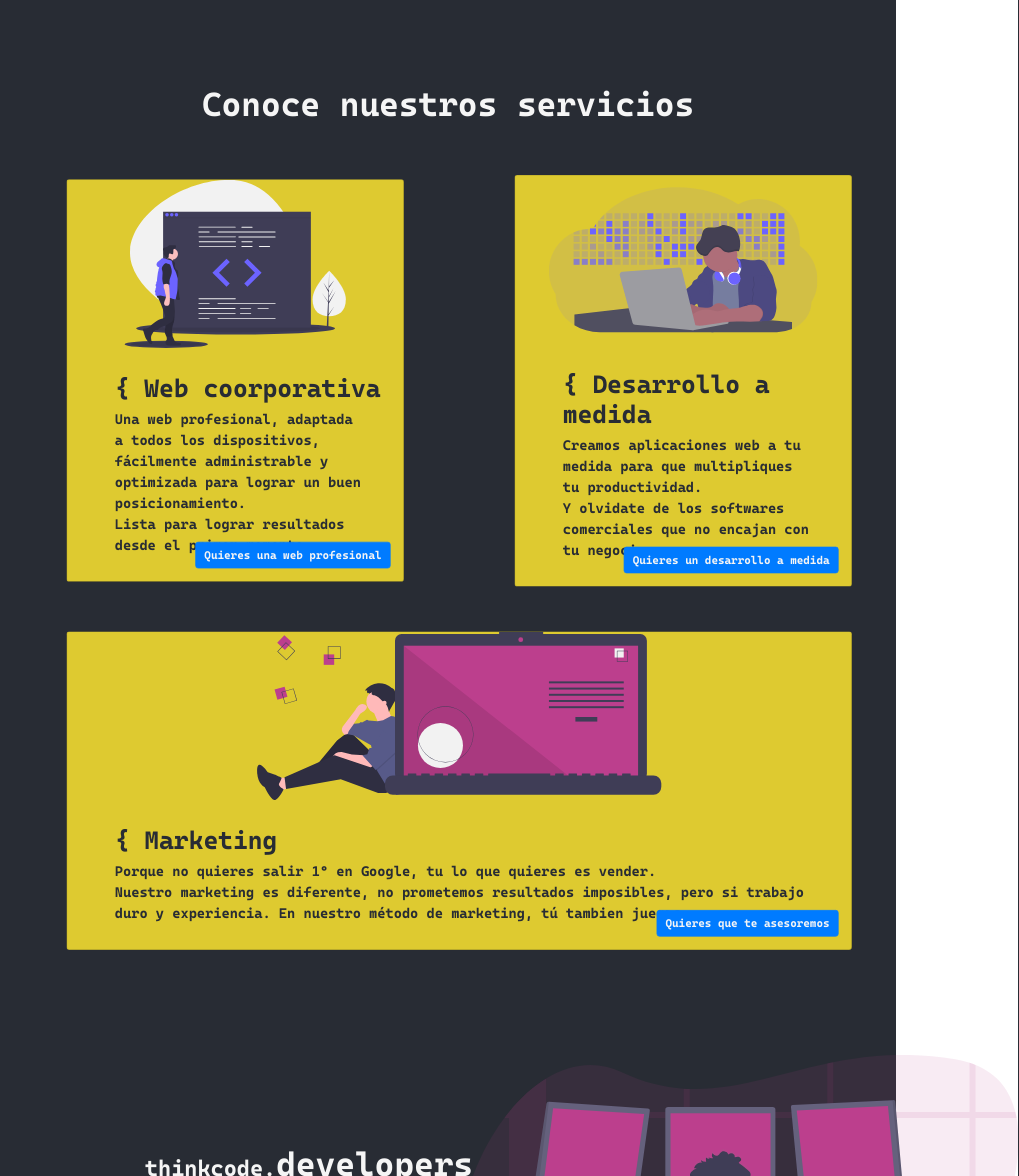
Repository: banchiec/thinkcode
Page: /
The author's editor kept a copy of each file at every save. The page is drawn from the files as they stood at one save, then again after the next save.
The browser window is 1280 px wide. The page is 1455 px wide, so the pictures cover 1455 px, including what lies to the right of the window. The pictures show the part of the page from y = 710 to 2390 px (the page is 2817 px tall before and 3214 px after), at 70% of full size.
Some web libraries are served in a nearby version. The project was rebuilt for these pictures with package versions that can differ from the ones it lists, and the page was loaded fresh each time. Also part of the build but not shown: src/components/MenuItems.js, src/components/Dropdownthink.css, src/components/Dropdownthink.js, src/components/pages/Consulting.js, src/components/pages/ContactUs.js, src/components/pages/Marketing.js, src/components/pages/Products.js, src/components/pages/Services.js and 1 more.

Above is the page before, as saved 2020-11-27 01:08:28.

### public/index.html
<!DOCTYPE html>
<html lang="en">
  <head>
    <meta charset="utf-8" />
    <link rel="icon" href="%PUBLIC_URL%/favicon.ico" />
    <meta name="viewport" content="width=device-width, initial-scale=1" />
    <meta name="theme-color" content="#000000" />
    <meta
      name="description"
      content="Web site created using create-react-app"
    />
    <link rel="apple-touch-icon" href="%PUBLIC_URL%/logo192.png" />
    <script src="https://kit.fontawesome.com/e7a02c1b14.js" crossorigin="anonymous"></script>
    <!--
      manifest.json provides metadata used when your web app is installed on a
      user's mobile device or desktop. See https://developers.google.com/web/fundamentals/web-app-manifest/
    -->
    <link rel="manifest" href="%PUBLIC_URL%/manifest.json" />
    <!--
      Notice the use of %PUBLIC_URL% in the tags above.
      It will be replaced with the URL of the `public` folder during the build.
      Only files inside the `public` folder can be referenced from the HTML.

      Unlike "/favicon.ico" or "favicon.ico", "%PUBLIC_URL%/favicon.ico" will
      work correctly both with client-side routing and a non-root public URL.
      Learn how to configure a non-root public URL by running `npm run build`.
    -->
    <title>React App</title>
  </head>
  <body>
    <noscript>You need to enable JavaScript to run this app.</noscript>
    <div id="root"></div>
    <!--
      This HTML file is a template.
      If you open it directly in the browser, you will see an empty page.

      You can add webfonts, meta tags, or analytics to this file.
      The build step will place the bundled scripts into the <body> tag.

      To begin the development, run `npm start` or `yarn start`.
      To create a production bundle, use `npm run build` or `yarn build`.
    -->


  </body>
</html>

### src/index.css
body {
  margin: 0;
  font-family: -apple-system, BlinkMacSystemFont, 'Segoe UI', 'Roboto', 'Oxygen',
    'Ubuntu', 'Cantarell', 'Fira Sans', 'Droid Sans', 'Helvetica Neue',
    sans-serif;
  -webkit-font-smoothing: antialiased;
  -moz-osx-font-smoothing: grayscale;
}

code {
  font-family: source-code-pro, Menlo, Monaco, Consolas, 'Courier New',
    monospace;
}
@font-face{
  font-family: 'CascadiaCode-Bold';
  src: local('CascadiaCode-Bold'), url(./fonts/CascadiaCode-Bold.ttf)
}

### src/App.js
import './App.css';
// import logo_thinkcode from './logo_thinkcode.png'
import React, {} from 'react'
import Navbarthink from './components/Navbarthink'
import {BrowserRouter as Router, Switch, Route} from 'react-router-dom'

// import Button  from 'react-bootstrap/Button'
// import 'bootstrap/dist/css/bootstrap.min.css'

// import {Navbar,Button, Nav , NavLink} from 'react-bootstrap'

import Consulting from './components/pages/Consulting'
import ContactUs from './components/pages/ContactUs'
import Home from './components/pages/Home'
import Marketing from './components/pages/Marketing'
import Products from './components/pages/Products'
import Services from './components/pages/Services'
import SignUp from './components/pages/SignUp'

function App() {

  // const [click, setClick] = useState(false)
  // const [dropdown, setDropdown] = useState(false)




  return (
    <div className="App">
      <Router>
        <Navbarthink/>
        <Switch>
          <Route path='/consulting' exact component ={Consulting}></Route>
          <Route path='/contact-us' exact component ={ContactUs}></Route>
          <Route path='/' exact component ={Home}></Route>
          <Route path='/marketing' exact component ={Marketing}></Route>
          <Route path='/products' exact component ={Products}></Route>
          <Route path='/services' exact component ={Services}></Route>
          <Route path='/sign-up' exact component ={SignUp}></Route>
        </Switch>
      </Router>

      {/* <Navbar className="navbar_thinkcode "  expand="lg">
        <Navbar.Brand href ="#home">
          <img
            alt=""
            src={logo_thinkcode}
            className="d-inline-block align-top ml-4"
            width="320"
            height="50"
          />
        </Navbar.Brand>
        <Navbar.Toggle aria-controls="responsive-navbar-nav" ></Navbar.Toggle>

        <Navbar.Collapse id="responsive-navbar-nav" className="ml-5 ">
          <Nav className="collapse navbar-collapse">
            <NavLink className="enlace_navbar ">Páginas web</NavLink>
            <NavLink className="enlace_navbar">Desarrollo a medida</NavLink>
            <NavLink className="enlace_navbar">Portafolio</NavLink>
            <NavLink className="enlace_navbar">Contacto</NavLink>
          </Nav>
        </Navbar.Collapse>
        <Button variant="success">¿Hablamos?</Button>
      </Navbar> */}

      {/* <header className="App-header">
        <h1>thinkcode</h1>
        <Button>send up</Button>
      </header> */}
    </div>
  );
}

export default App;

### src/App.css
*{
  box-sizing: border-box;
  margin: 0;
  padding: 0;
  font-family: CascadiaCode-Bold;
  /* background: #282c34 ; */
  /* background: linear-gradient(90deg, rgb(76, 80, 88) 100%, rgb(8, 8, 9) 0%); */
}

.App {
  text-align: center;
  background: #282c34 ;
}

.App-logo {
  height: 40vmin;
  pointer-events: none;
}

.home, .services, .products,.contact-us,.sign-up, .marketing, .consulting{
  display: flex;
  height: 90vh;
  align-items: center;
  justify-content: center;
  font-size: 3rem;
}





@media (prefers-reduced-motion: no-preference) {
  .App-logo {
    animation: App-logo-spin infinite 20s linear;
  }
}

.App-header {
  background-color: #282c34;
  min-height: 100vh;
  display: flex;
  flex-direction: column;
  align-items: center;
  justify-content: center;
  font-size: calc(10px + 2vmin);
  color: white;
}

.App-link {
  color: #61dafb;
}

@keyframes App-logo-spin {
  from {
    transform: rotate(0deg);
  }
  to {
    transform: rotate(360deg);
  }
}

### src/components/Navbarthink.js
import React, { useState} from 'react'
import logo_thinkcode from '../images/logo_thinkcode.png'
// import logo_thinkcode from '../images/logo_thinkcode.png'
import { Buttonthink} from './Buttonthink'
import {Link} from 'react-router-dom'
import './Navbarthink.css'
import Dropdownthink from './Dropdownthink'

export default function Navbarthink(){
    const [click, setClick] = useState(false)
    const [dropdown, setDropdown] = useState(false)

    const handleClick = () => setClick(!click)
    const closeMobileMenu = () => setClick(false)

    const onMouseEnter = () =>{
        if(window.innerWidth < 960) {
        setDropdown(false)
        } else {
        setDropdown(true)
        }
    }
    const onMouseLeave = () =>{
        if(window.innerWidth < 960) {
        setDropdown(false)
        } else {
        setDropdown(false)
        }
    }

    return(
        <>
            <nav className="navbarthink">
                <Link to='/' className="navbar-logo">
                    {/* thinkcode */}
                    <img alt="" src={logo_thinkcode} width="300" height="40"></img>
                </Link>
                <div className='menu-icon' onClick={handleClick}>
                    <i className={click ? 'fas fa-times' : 'fas fa-bars'}
                    />
                </div>
                <ul className={ click ? 'nav-menu active' : 'nav-menu'}>

                    <li className='nav-item'>
                        <Link to='/' className='nav-links' onClick={closeMobileMenu}>
                            Home
                        </Link>
                    </li>
                    <li className='nav-item'
                        onMouseEnter={onMouseEnter}
                        onMouseLeave={onMouseLeave}
                        // onClick={handleClick}
                        >
                        <Link to='/services' className='nav-links' onClick={closeMobileMenu}>
                           Services
                           <i className='fas fa-caret-down' />
                        </Link>
                        {dropdown && <Dropdownthink/>}
                    </li>
                    <li className='nav-item'>
                        <Link to='/products' className='nav-links' onClick={closeMobileMenu}>
                            Products
                        </Link>
                    </li>
                    <li className='nav-item'>
                        <Link to='/contact-us' className='nav-links' onClick={closeMobileMenu}>
                           Contact Us
                        </Link>
                    </li>
                    <li className='nav-item'>
                        <Link to='/sign-up' className='nav-links-mobile' onClick={closeMobileMenu}>
                           Sign up
                        </Link>
                    </li>

                </ul>
                <Buttonthink />
            </nav>
        </>
    )

}

### src/components/pages/Home.js
import React from 'react'
import InfoSection from '../infoSection/InfoSection'
import Pricing from '../pricing/Pricing'

export default function Home() {
    return (
        <div>
            <InfoSection></InfoSection>
            <Pricing></Pricing>
            <InfoSection></InfoSection>
           {/* <h1 className='consulting' >Thinkcode</h1> */}
        </div>
    )
}

### src/components/Buttonthink.js
import React  from 'react'
import './Buttonthink.css'
import {Link} from 'react-router-dom'

export function Buttonthink() {
        return (
            <Link to ='sing-up'>
               <button className='btnthink'>Sign think </button>
            </Link>
        )
}

### src/components/Navbarthink.css
.navbarthink{
  /* background: linear-gradient(9deg, rgb(66, 80, 88) 0%, rgb(8, 8, 9) 100%); */
  background: #282c34;

  height: 80px;
  display: flex;
  justify-content: center;
  align-items: center;
  font-size: 1.2rem;
}

.navbar-logo {
  color: #fff;
  justify-self: start;
  margin-left: 40px;
  cursor: pointer;
  text-decoration: none;
}

.fa-firstdraft {
  margin-left: 0.5rem;
  font-size: 1.6rem;
}

.nav-menu {
  display: grid;
  grid-template-columns: repeat(5, auto);
  grid-gap: 10px;
  list-style: none;
  text-align: center;
  width: 70vw;
  justify-content: end;
  margin-right: 2rem;
}

.nav-item {
  display: flex;
  align-items: center;
  height: 80px;
}

.nav-links {
  color: white;
  text-decoration: none;
  padding: 0.5rem 1rem;
}

.nav-links:hover {
  background-color: #1888ff;
  border-radius: 4px;
  transition: all 0.2s ease-out;
}

.fa-bars {
  color: #fff;
}

.nav-links-mobile {
  display: none;
}

.menu-icon {
  display: none;
}

@media screen and (max-width: 960px) {
  /* .text-propuesta {
    margin-top: 12rem;
  }
 */
  .fa-caret-down {
    display: none;
  }
  .NavbarItems {
    position: relative;
  }

  .nav-menu {
    display: flex;
    flex-direction: column;
    width: 100%;
    height: 90vh;
    position: absolute;
    top: 80px;
    left: -100%;
    opacity: 1;
    transition: all 0.9s ease;
  }

  .nav-menu.active {
    background: #2a2c30;
    left: 0;
    opacity: 1;
    transition: all 0.5s ease;
    z-index: 1;
  }

  .nav-links {
    text-align: center;
    padding: 2rem;
    width: 100%;
    display: table;
  }

  .nav-links:hover {
    background-color: #1888ff;
    border-radius: 0;
  }

  .navbar-logo {
    position: absolute;
    top: 0;
    left: 0;
    transform: translate(25%, 50%);
  }

  .menu-icon {
    display: block;
    position: absolute;
    top: 0;
    right: 0;
    transform: translate(-100%, 60%);
    font-size: 1.8rem;
    cursor: pointer;
  }

  .fa-times {
    color: #fff;
    font-size: 2rem;
  }

  .nav-links-mobile {
    display: block;
    text-align: center;
    padding: 1.5rem;
    margin: 2rem auto;
    border-radius: 4px;
    width: 80%;
    background: #1888ff;
    text-decoration: none;
    color: #fff;
    font-size: 1.5rem;
  }

  .nav-links-mobile:hover {
    background: #fff;
    color: #1888ff;
    transition: 250ms;
  }

  button {
    display: none;
  }
}

### src/components/infoSection/InfoSection.js
import React from 'react'
import imagensvg3 from '../../images/imagensvg3.svg'
import 'bootstrap/dist/css/bootstrap.min.css'
import './infoSection.css'
import {Col, Container,Row,} from 'react-bootstrap'

export default function InfoSection() {
    return (
            <Container fluid  className="content-infoSection">
                <Row>
                    <Col  md={6} lg={6} >
                        <div className="content-text-infoSection">
                            <h2 >thinkcode.<span className="text-title-infoSection">developers</span></h2>
                            <p className="text-infoSection">Diseño y desarrollo de aplicaciones y páginas web para tu negocio o proyecto.
                            Disfrutamos mucho con lo que hacemos, compruébalo.</p>
                        </div>
                    </Col>
                    <Col  md={6} lg={6}  >
                        <img  className="imagensvg-infoSection" alt="" src={imagensvg3}></img>
                    </Col>

                    </Row>

            </Container >
    )
}

### src/components/pricing/Pricing.js

import React from 'react'
import './Pricing.css'
import imagensvg1 from '../../images/imagensvg1.svg'
import imagensvg4 from '../../images/imagensvg4.svg'
import imagen_code_thinking from '../../images/image_code_thinking.svg'
import 'bootstrap/dist/css/bootstrap.min.css'
import {Card, Container, Button, Row, Col} from 'react-bootstrap'

export default function Pricing() {
    return (
        <Container fluid className ="container-pricing">
            <h1 className="text-propuesta">Conoce nuestros servicios</h1>
            <Row>
                <Col  className="container-card">

                    <Card  className="card-pricing" >
                        <Card.Img className="image-pricing" variant ="top" src={imagensvg1}></Card.Img>
                        <Card.Body>
                            <h2 className="title-card">&#123;  Web coorporativa</h2>
                            <p className="text-card">
                                Una web profesional, adaptada a todos los dispositivos, fácilmente administrable y optimizada para lograr un buen posicionamiento.
                                <br/>Lista para lograr resultados desde el primer momento.
                            </p>
                            <Button  className="card-button" variant="primary">Quieres una web profesional</Button>
                        </Card.Body>
                    </Card>
                </Col>
                <Col  className="container-card">

                    <Card className="card-pricing">
                        <Card.Img className="image-pricing"variant ="top" src={imagensvg4}></Card.Img>
                    <Card.Body>
                        <h2 className="title-card">&#123;  Desarrollo a medida</h2>
                        <p className="text-card">
                            Creamos aplicaciones web a tu medida para que multipliques tu productividad.<br/>
                            Y olvidate de los softwares comerciales que no encajan con tu negocio.
                        </p>
                        <Button className="card-button" variant="primary">Quieres un desarrollo a medida</Button>
                    </Card.Body>
                    </Card>
                </Col>
                <Col className="container-card">
                    <Card  className="card-pricing" >
                        <Card.Img className="image-pricing" variant ="top" src={imagen_code_thinking}></Card.Img>
                    <Card.Body>
                        <h2 className="title-card">&#123; Marketing</h2>
                        <p className="text-card">
                            Porque no quieres salir 1º en Google, tu lo que quieres es vender. <br/>

                            Nuestro marketing es diferente, no prometemos resultados imposibles, pero si
                            trabajo duro y experiencia. En nuestro método de marketing, tú tambien juegas.                        </p>
                        <Button  className="card-button" variant="primary">Quieres que te asesoremos</Button>
                    </Card.Body>
                    </Card>
                </Col>
            </Row>

        </Container>
    )
}

### src/components/Buttonthink.css
:root{
    --primary: #1888ff;
}
.btnthink{
    padding: 8px 20px;
    border-radius: 4px;
    outline: none;
    border: none;
    font-size: 18px;
    color: #fff;
    cursor: pointer;
    background-color: var(--primary);
}
.btnthink:hover {
    padding: 6px 18px;
    transition: all 1.5s ease-out;
    background-color: transparent;
    color: #2a2a2a;
    border-radius: 4px;
    border: 2px solid var(--primary)
}

### src/components/infoSection/infoSection.css
.imagensvg-infoSection {
    padding: 0;
    /* border-right: 5px; */
    width: 800px;

}
.content-infoSection {
    /* padding: 0; */
    margin-top: 150px;
    background: #282c34 ;
    height: 600px;
    /* border: 1px solid rebeccapurple; */
}
.content-text-infoSection {
    margin-left: 12rem;
    margin-top: 8rem;
    text-align: start;
    /* border: 0; */
    /* padding: 0; */
    /* border: 1px solid whitesmoke; */
    color: whitesmoke;
}
.text-title-infoSection{
    font-size: 3rem;
    /* size: 12px; */
}
.text-infoSection {
    font-size: 22px;
}
@media screen and (max-width: 960px) {
    .content-infoSection {
        margin-top: 0px;
    }
    .text-infoSection{
        margin-top: 3rem;
        margin-left: 1rem;
        margin-right: 1rem;
    }
    .imagensvg-infoSection{
        margin-top: 5rem;
        width: 500px;
    }
    .content-text-infoSection {
        margin-left: 1rem;
    }
    .text-propuesta {
        margin-top: 15rem;
    }

}

### src/components/pricing/Pricing.css
.container-pricing {
    /* background-color: whitesmoke; */
    /* border: 1px solid white; */
    /* height:  800px; */
    background: linear-gradient(90deg, rgb(76, 80, 88) 100%, rgb(66, 66 66) 0%);
    /* z-index: -1; */
}
.container-card{
    padding-top: 4rem;
    align-content: center;
    padding: auto;
    text-align: start;
    /* height: 600px; */
    /* background-color: violet; */
    /* color: transparent; */
}
.card-pricing {
    /* width: 34rem; */
    margin-left: 5rem;
    background: #deca30;
    /* background: #3b4454; */
    /* background: linear-gradient(90deg, rgb(224, 242, 241) 0%, rgb(255, 255, 255) 100%); */
    margin-right: 3rem;
    /* height: 55rem; */
}
.card-button {
    /* margin-top: 3rem; */
    /* margin-left: 13rem; */
    position: absolute;
    right: 18px;
    bottom: 18px;
    color: whitesmoke;
}
.text-card {
    /* padding-top: 1.5rem; */
    padding-left: 3rem;
    padding-right: 2.5rem;
    color: #282c34;
    font-size: 20px;
}
.image-pricing {
    height: 15rem;
    width: 80%;
    align-self: center;
}
.title-card {
    padding-top: 1rem;
    padding-left: 3rem;
    color: #282c34;
    font-size: 36px;
}
.text-propuesta {
    color: whitesmoke;
    font-size: 3rem;
}

Loaded but not shown: src/index.js (common file); src/reportWebVitals.js (common file)

After the next save:
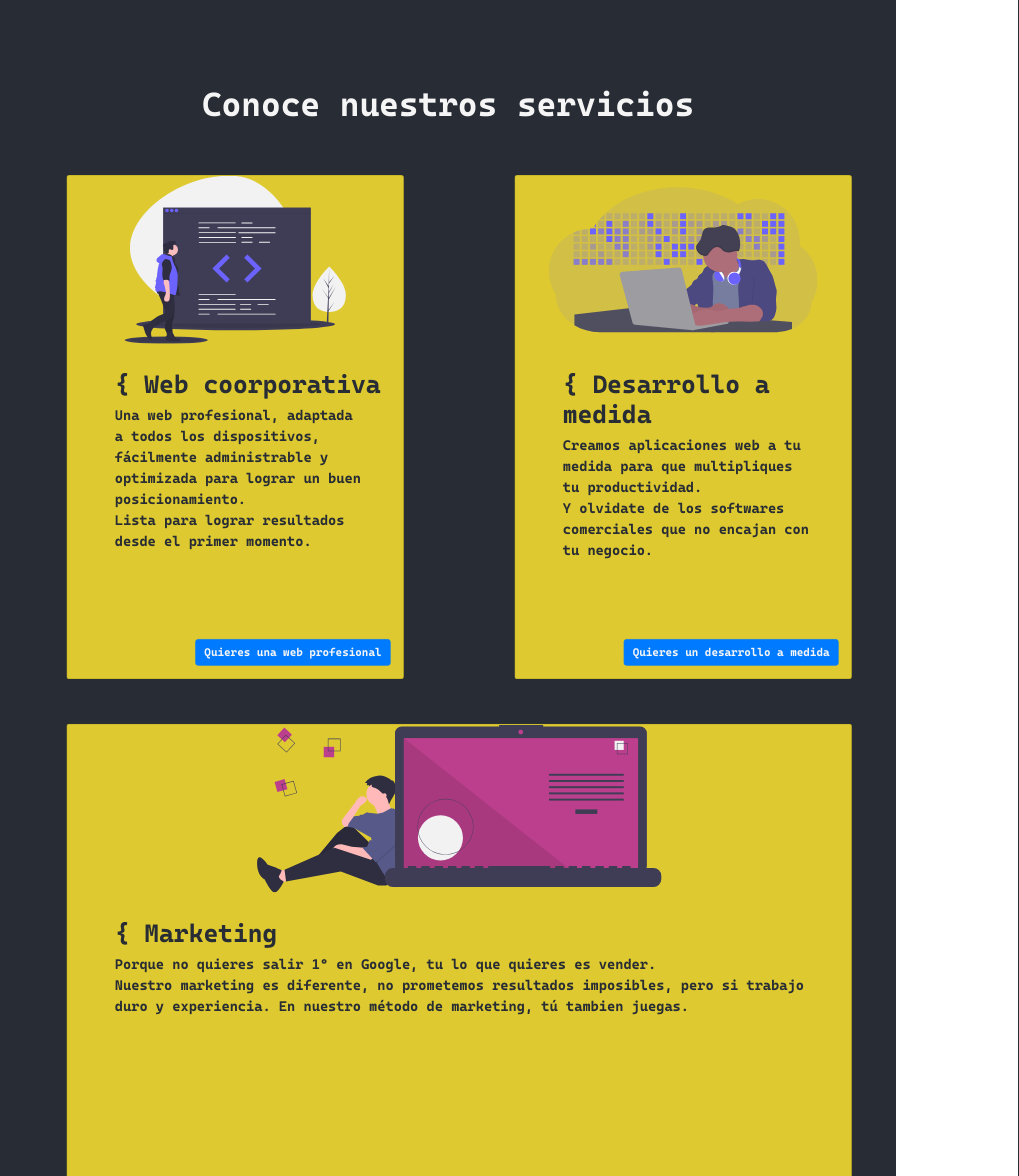
Saved 11 s later.
--- a/src/components/pricing/Pricing.css
+++ b/src/components/pricing/Pricing.css
@@ -21,7 +21,7 @@
     /* background: #3b4454; */
     /* background: linear-gradient(90deg, rgb(224, 242, 241) 0%, rgb(255, 255, 255) 100%); */
     margin-right: 3rem;
-    /* height: 55rem; */
+    height: 45rem;
 }
 .card-button {
     /* margin-top: 3rem; */
